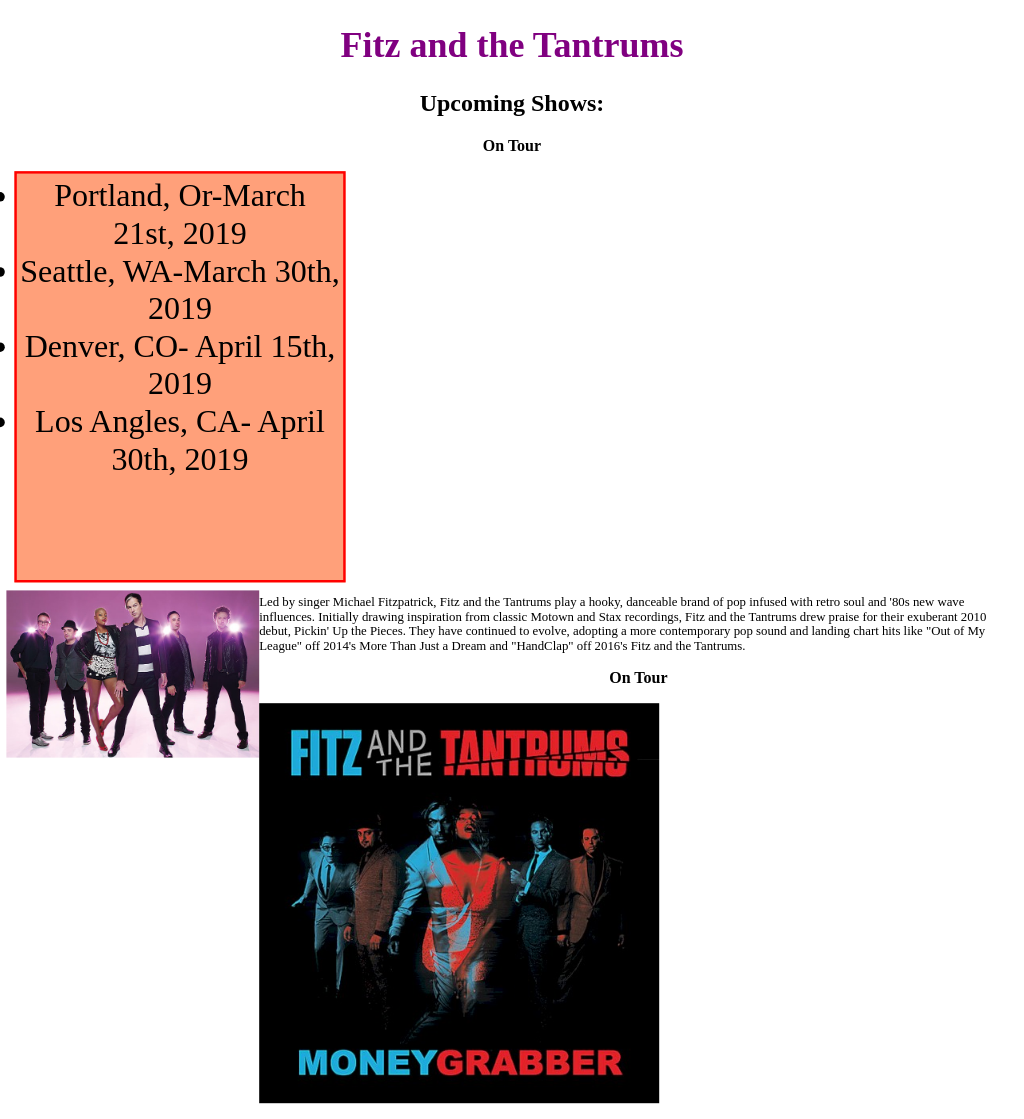
Repository: fieldceleste/Best-Vacation
Page: Desktop/favorite-band/favorite-band.html
An editor plug-in stored every save of this project. The page is shown before and after the next save, followed by the edit.
The browser window is 1280 px wide. The pictures show the whole page, at 80% of full size.

Above is the page before, as saved 2019-10-28 18:47:54.

After the next save:
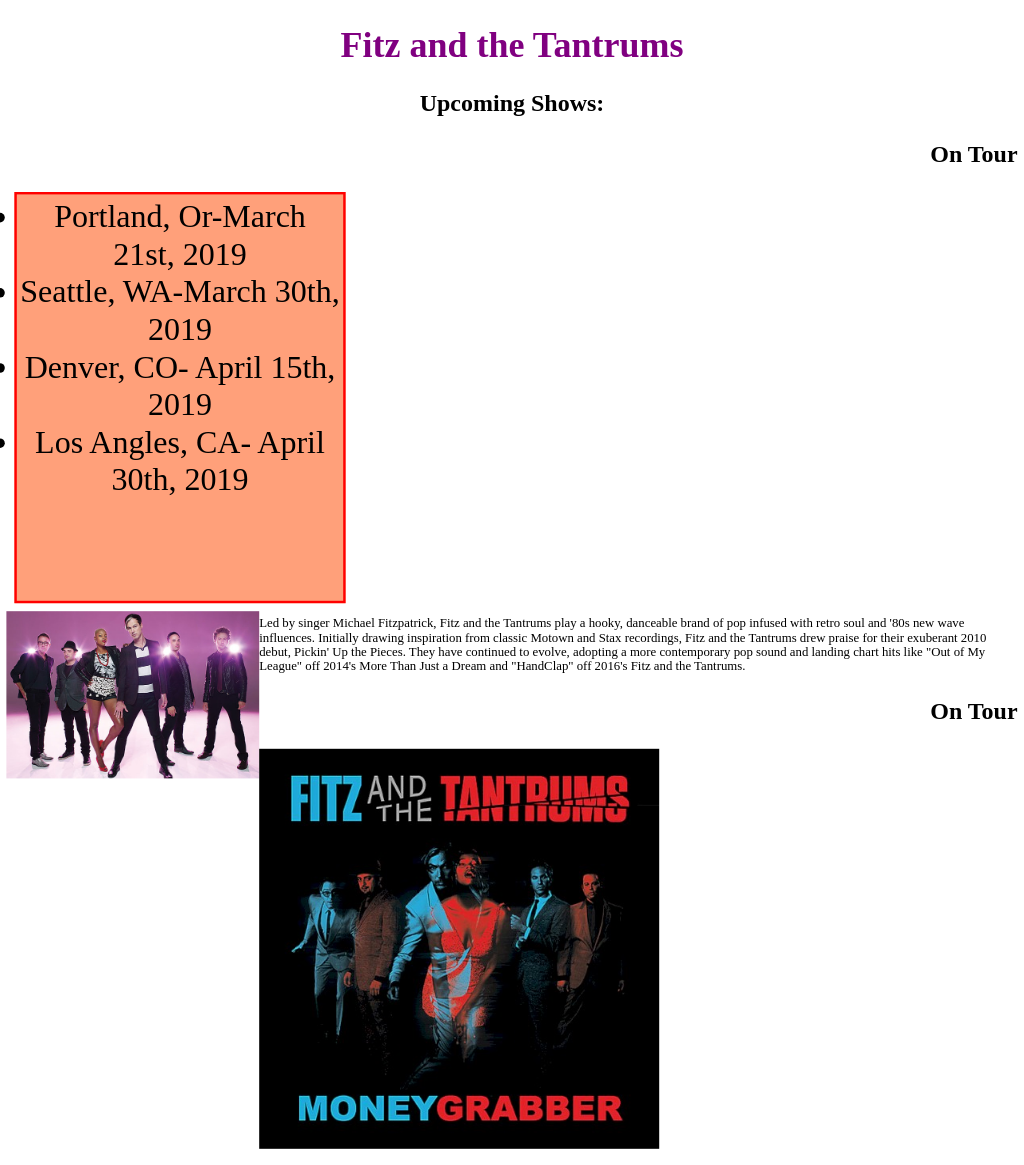
Saved 45 s later.
--- a/Desktop/favorite-band/css/styles.css
+++ b/Desktop/favorite-band/css/styles.css
@@ -8,8 +8,9 @@
      text-align: center;
 }
 h3{
-    text-align: center;
-    font-size: 20px;
+    text-align: right;
+    font-size: 30px;
+
 
 }
 ul.special {
